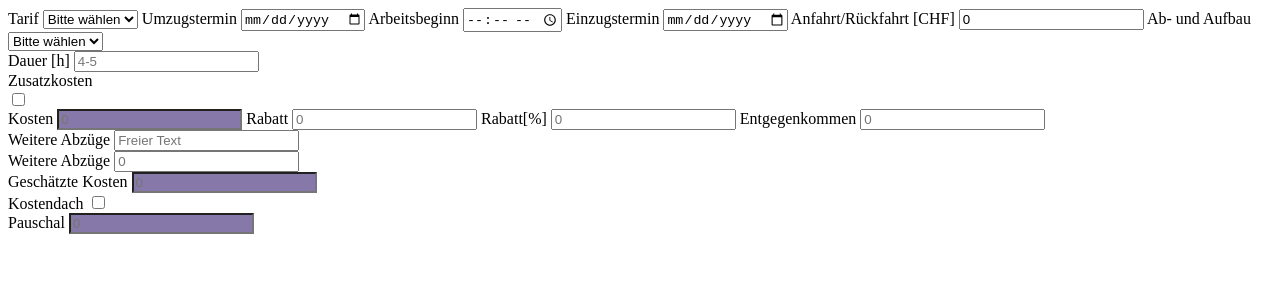
Repository: oguzhansade/SwissTransport
Page: resources/views/front/offer/offerUmzug2.blade.php
The author's editor kept a copy of each file at every save. The page is drawn from the files as they stood at one save, then again after the next save.
The browser window is 1280 px wide. The pictures show the whole page.
The page is served by the project's Laravel application, run on PHP 8.4 with Laravel 9. The template is opened directly, without the code that normally fills it, so the values that code supplies are empty.

Above is the page before, as saved 2023-02-04 14:27:05.

After the next save:
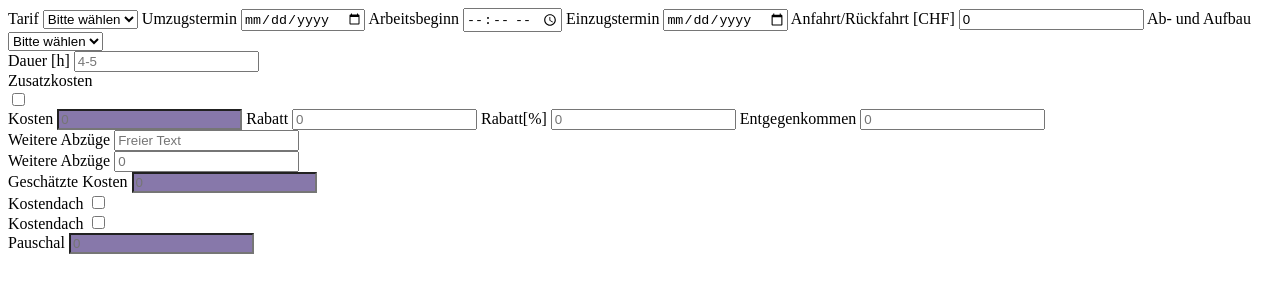
Saved 16 s later.
--- a/resources/views/front/offer/offerUmzug2.blade.php
+++ b/resources/views/front/offer/offerUmzug2.blade.php
@@ -259,6 +259,11 @@
                 <small class=" text-primary">manuell gesetzt</small>
                 <input type="checkbox" name="isUmzugMTPrice" id="isUmzugMTPrice" class="js-switch mt-1" data-color="#9c27b0" data-size="small" data-switchery="false" >
             </div>
+        </div>
+
+        <div class="mt-2 isKostendach">
+            <label class="col-form-label" for="l0">Kostendach</label>
+            <input type="checkbox"  name="isKostendach" id="isKostendach" class="js-switch mt-1" data-color="#9c27b0" data-size="small" data-switchery="false" >
         </div>
 
         <label class="col-form-label" for="l0">Pauschal</label>
